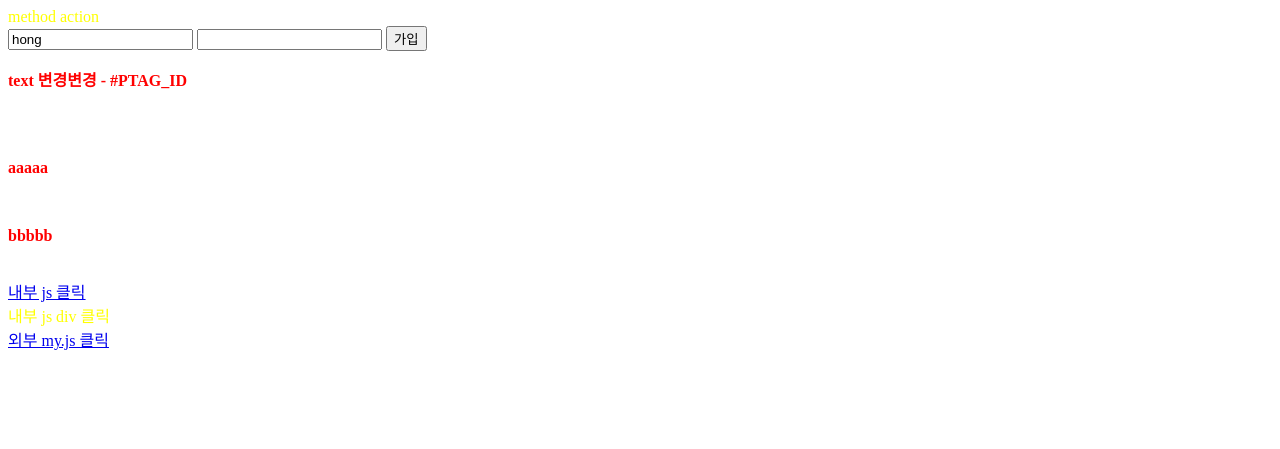
Repository: hinoky4693/workspace
Page: http://localhost/web_prj/lec_script.jsp
These files come from the project's save history. The page is drawn as it stood at one moment and after the next save; the edit follows.
The browser window is 1280 px wide. The pictures show the whole page.
The page is served by Tomcat 9.

Above is the page before, as saved 2024-05-24 05:51:37.

After the next save:
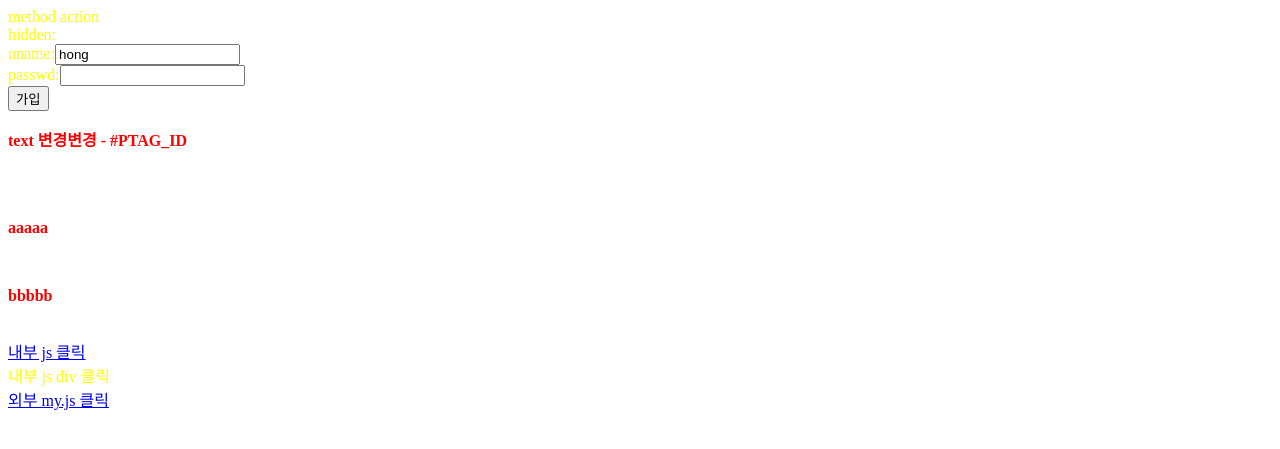
Saved 35 s later.
--- a/web_prj/src/main/webapp/lec_script.jsp
+++ b/web_prj/src/main/webapp/lec_script.jsp
@@ -72,10 +72,10 @@
 
 <body>
  	<form name="logingForm"> method action <br>
- 		<input type="hidden" 	name="seq" 	 	id="seq" 	class="seq"		value="12345">
-  		<input type="text" 		name="uname" 	id="uname" 	class="uname">
-  		<input type="password" 	name="passwd"	id="passwd" class="passwd">
-  		<input type="button"	name="regbtn"	id="regbtn"	class="regbtn"	value="가입">
+ 		hidden:<input type="hidden" 	name="seq" 	 	id="seq" 	class="seq"		value="12345"><br>
+  		uname:<input type="text" 		name="uname" 	id="uname" 	class="uname"><br>
+  		passwd:<input type="password" 	name="passwd"	id="passwd" class="passwd"><br>
+  		<input type="button"	name="regbtn"	id="regbtn"	class="regbtn"	value="가입"><br>
  	</form>
 
 	<p id="PTAG_ID">Not loaded yet.</p> <br><br> <!-- id : 고유해야 한다. -->
